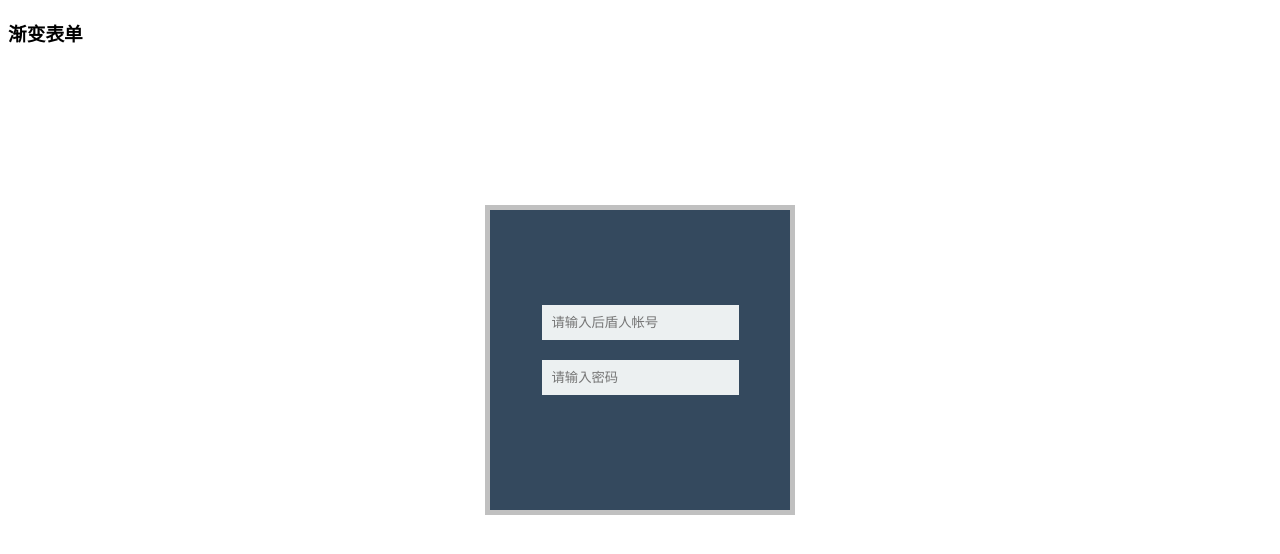
Repository: Aissd/animateDemo
Page: translate02.html
An editor plug-in stored every save of this project. The page is shown before and after the next save, followed by the edit.
The browser window is 1280 px wide. The pictures show the whole page.
The style sheet was rebuilt from its Sass, Less or Tailwind sources for each picture, by a compiler version that may differ from the author's.

Above is the page before, as saved 2020-05-12 09:19:19.

### translate02.html
<!DOCTYPE html>
<html lang="en">
<head>
    <meta charset="UTF-8">
    <meta name="viewport" content="width=device-width, initial-scale=1.0">
    <title>Document</title>
    <link rel="stylesheet" href="./css/translate02.css" />
</head>
<body>
    <div class="container">
        <section class="demo-section">
            <h3>渐变表单</h3>
            <main class="demo12">
                <div class="field">
                    <input type="text" placeholder="请输入后盾人帐号">
                </div>
                <div class="field">
                    <input type="text" placeholder="请输入密码">
                </div>
            </main>
        </section>
    </div>
</body>
</html>

### scss/translate02.scss
.demo12 {
    position: absolute;
    left: 50%;
    top: 50%;
    transform: translate(-50%, -50%);
    width: 300px;
    height: 300px;
    border: solid 5px silver;
    display: flex;
    flex-direction: column;
    justify-content: center;
    align-items: center;
    background: #34495e;
    .field {
        position: relative;
        overflow: hidden;
        margin-bottom: 20px;
        &::before {
            content: '';
            position: absolute;
            left: 0;
            height: 2px;
            bottom: 0;
            width: 100%;
            background: linear-gradient(to right, white, #1abc9c, #f1c40f, #e74c3c, white);
            transform: translateX(-100%);
            transition: 2s;
        }
        &:hover::before {
            transform: translateX(100%);
        }
        & input {
            border: none;
            outline: none;
            background: #ecf0f1;
            padding: 10px;
        }
    }
}

After the next save:
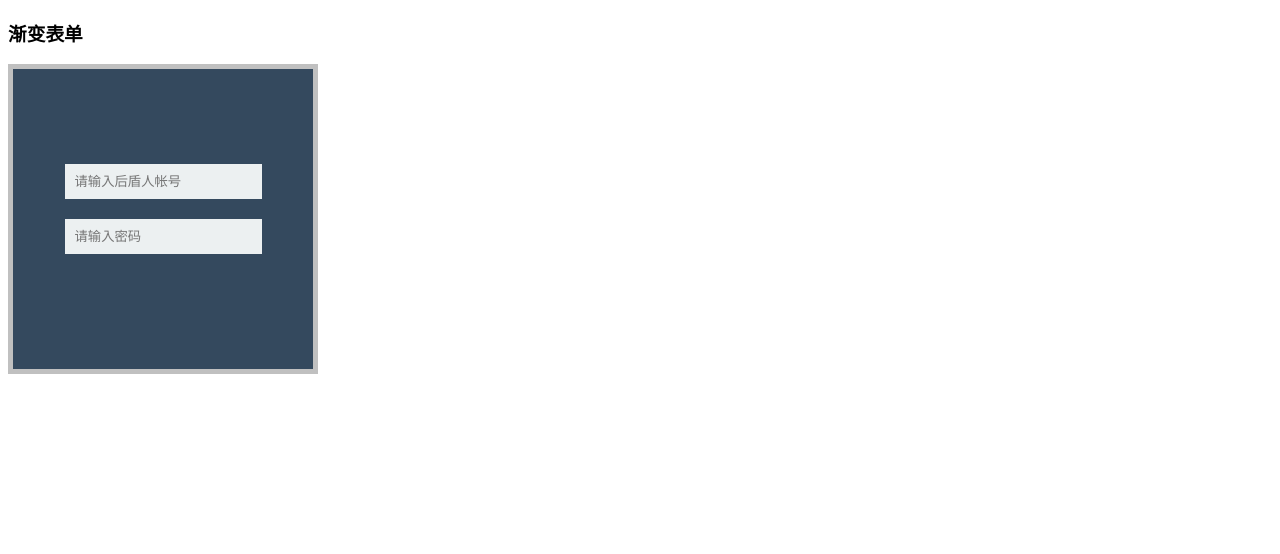
Saved 36 s later.
--- a/scss/translate02.scss
+++ b/scss/translate02.scss
@@ -1,8 +1,4 @@
 .demo12 {
-    position: absolute;
-    left: 50%;
-    top: 50%;
-    transform: translate(-50%, -50%);
     width: 300px;
     height: 300px;
     border: solid 5px silver;
